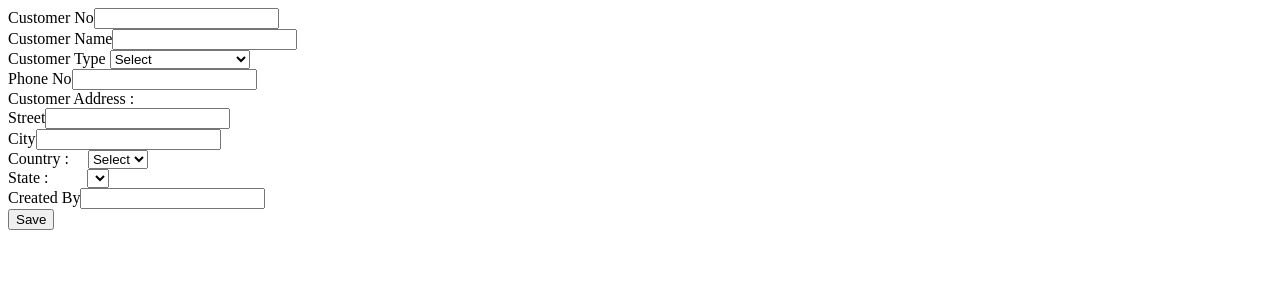
Repository: Mahesh2114/Project
Page: http://localhost/bms/save.jsp
The author's editor kept a copy of each file at every save. The page is drawn from the files as they stood at one save, then again after the next save.
The browser window is 1280 px wide. The pictures show the whole page.
The page is served by Tomcat 9. The template is opened directly, without the code that normally fills it, so the values that code supplies are empty.

Above is the page before, as saved 2021-12-08 12:51:14.

After the next save:
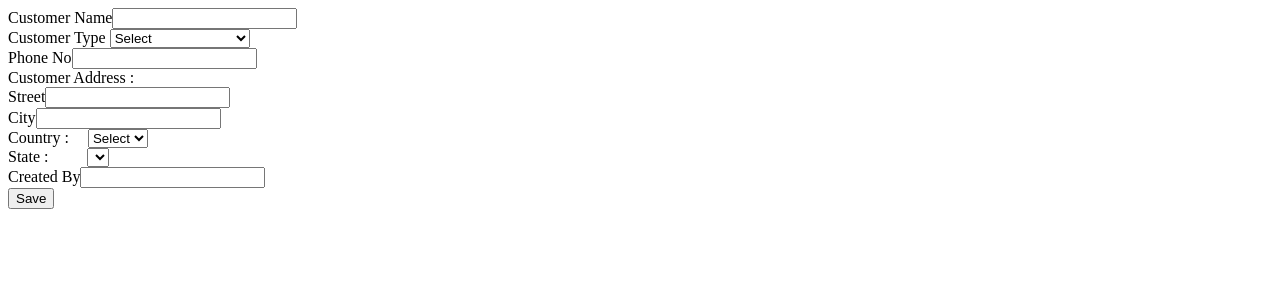
Saved 82 s later.
--- a/Project1/bms/src/main/webapp/save.jsp
+++ b/Project1/bms/src/main/webapp/save.jsp
@@ -50,9 +50,7 @@
 <body>
 	<form action="/save" method="post">
 
-		<div>
-			<label>Customer No</label><input type="text" name="cid">
-		</div>
+
 		<div>
 			<label>Customer Name</label><input type="text" name="name">
 		</div>

After the 2 saves that followed:
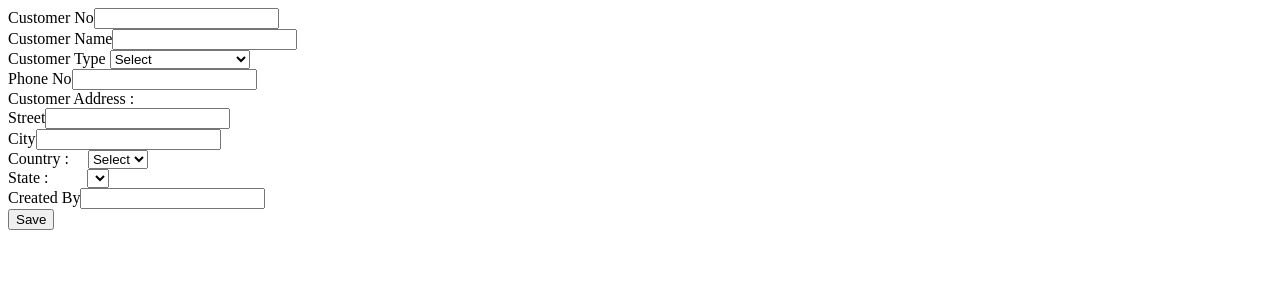
The 2 saves are shown as one change because 1 left the picture as it was.
The last was saved 3 min 47 s later.
--- a/Project1/bms/src/main/webapp/save.jsp
+++ b/Project1/bms/src/main/webapp/save.jsp
@@ -50,7 +50,9 @@
 <body>
 	<form action="/save" method="post">
 
-
+		<div>
+			<label>Customer No</label><input type="text" name="cid">
+		</div>
 		<div>
 			<label>Customer Name</label><input type="text" name="name">
 		</div>
